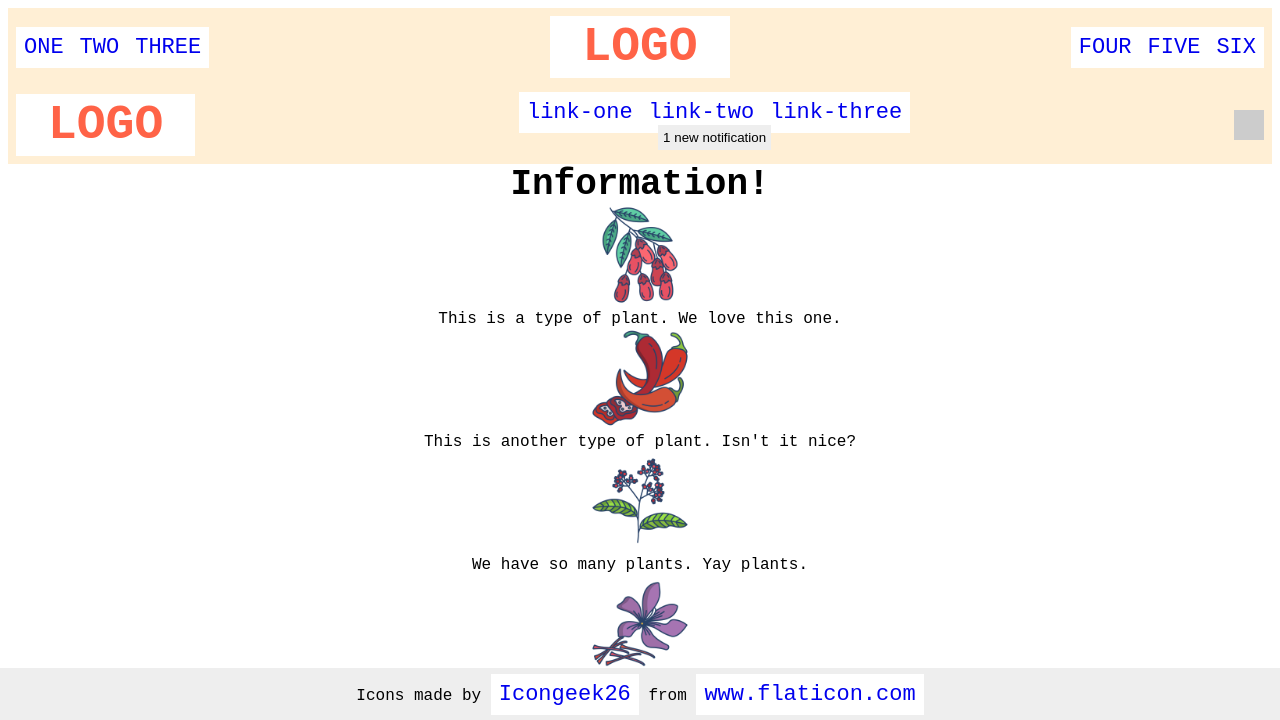
Repository: HeliosAI9/First-test-website
Page: mywebsite/html-boilerplate/pages/flex.html
These files come from the project's save history. The page is drawn as it stood at one moment and after the next save; the edit follows.
The browser window is 1280 px wide. The pictures show the whole page.
Some web fonts or font styles are not loaded; a fallback is used.

Above is the page before, as saved 2023-06-03 01:18:28.

After the next save:
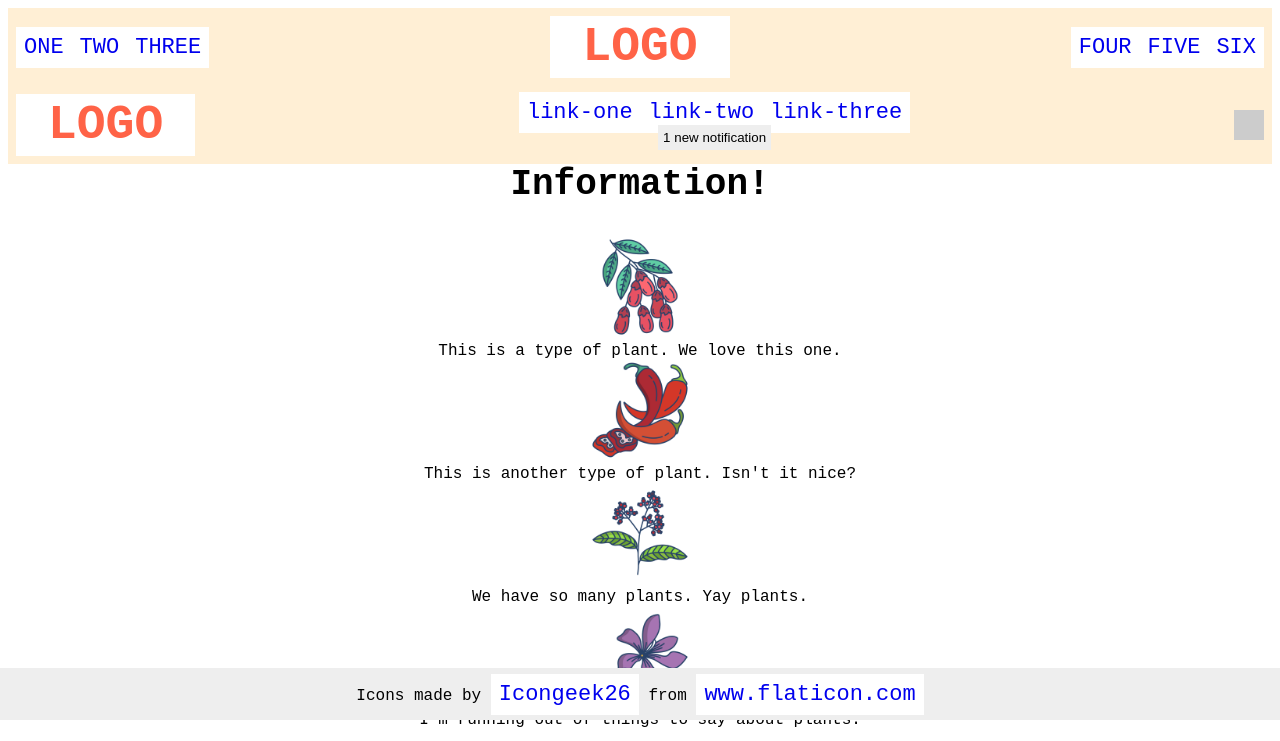
Saved 27 s later.
--- a/mywebsite/html-boilerplate/css/flex.css
+++ b/mywebsite/html-boilerplate/css/flex.css
@@ -57,6 +57,7 @@
   .title {
     font-size: 36px;
     font-weight: 900;
+    margin-bottom: 32px;
   }
 
   /* do not edit this footer */
